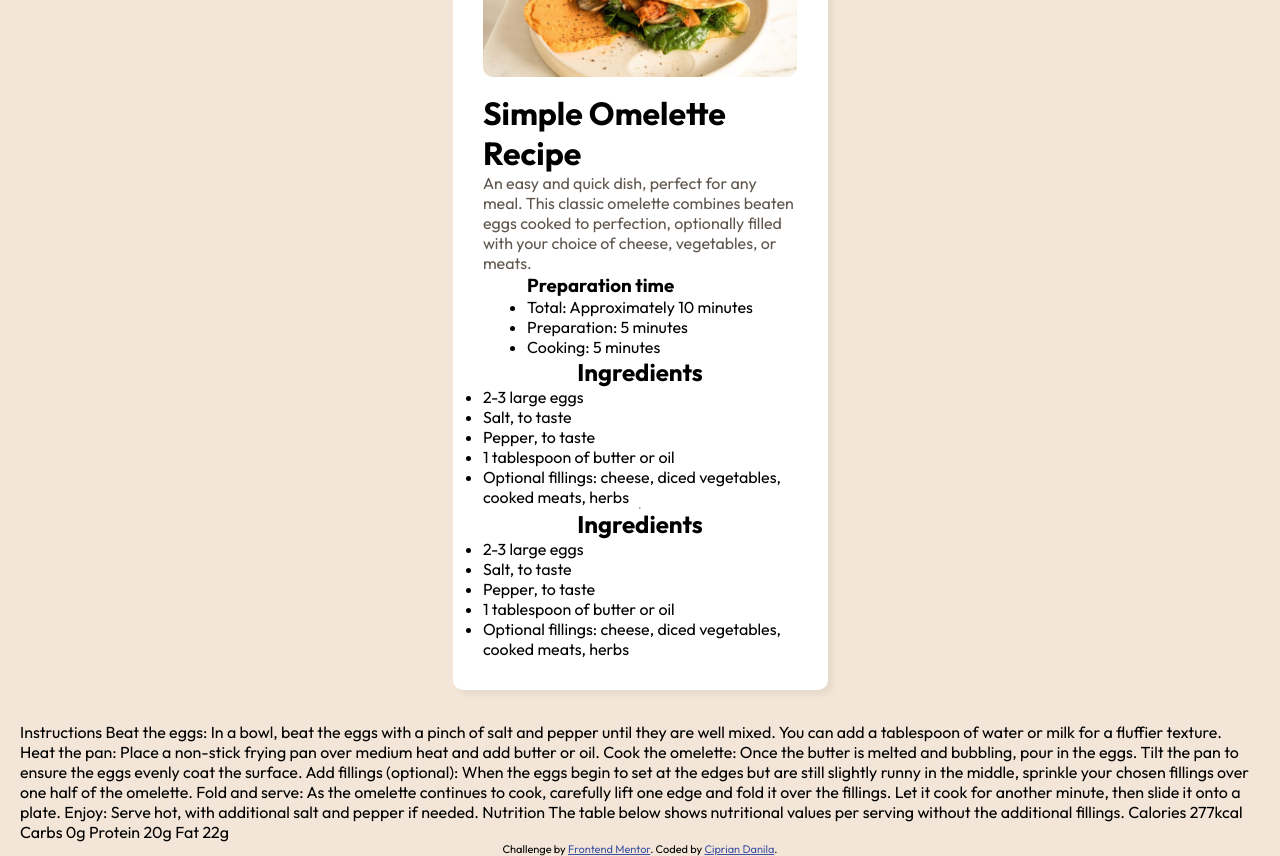
Repository: cipdanila/recipe-page
Page: index.html
An editor plug-in stored every save of this project. The page is shown before and after the next save, followed by the edit.
The browser window is 1280 px wide. The pictures show the whole page.

Above is the page before, as saved 2024-01-21 15:10:33.

After the next save:
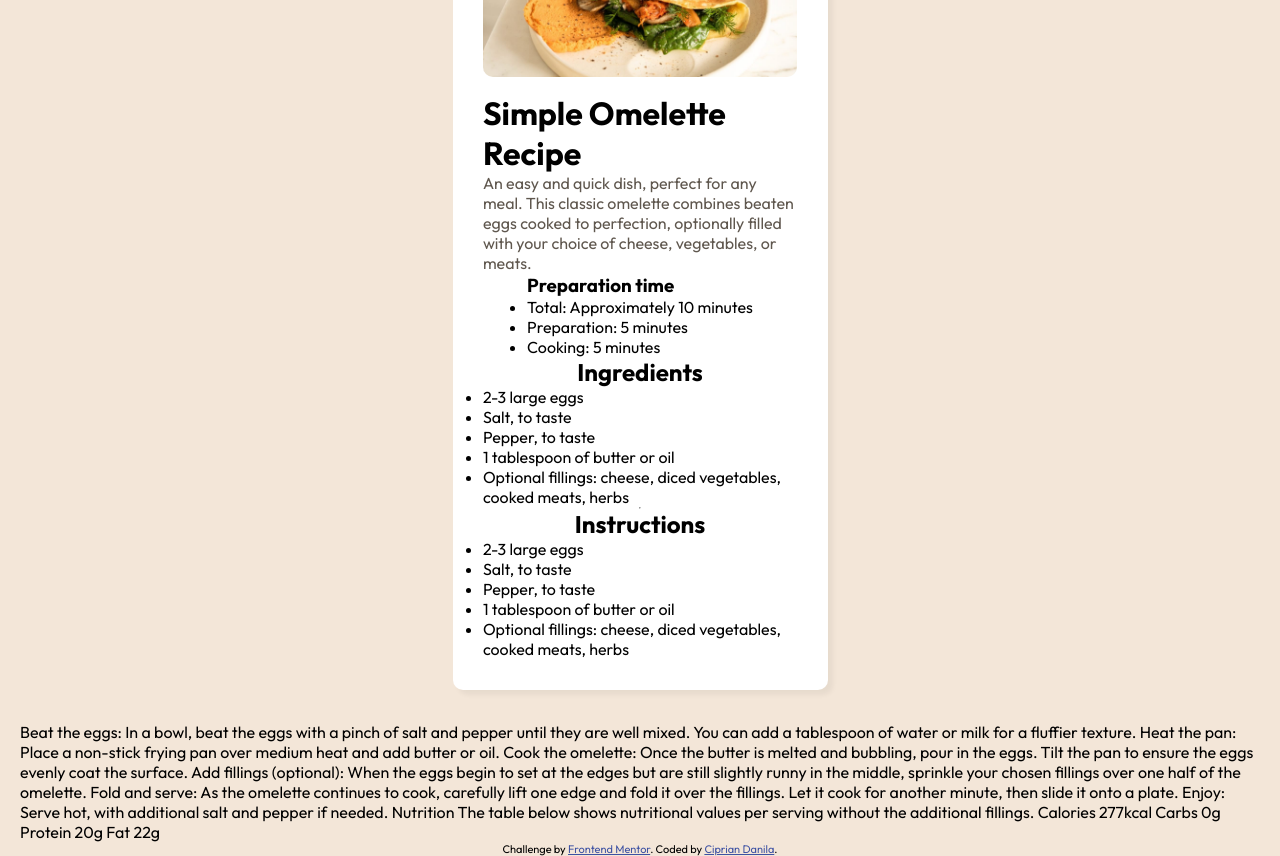
Saved 13 s later.
--- a/index.html
+++ b/index.html
@@ -36,7 +36,7 @@
         <li>Optional fillings: cheese, diced vegetables, cooked meats, herbs</li>
       </ul>
       <hr>
-      <h2>Ingredients</h2>
+      <h2>Instructions</h2>
       <ul>
         <li>2-3 large eggs</li>
         <li>Salt, to taste</li>
@@ -46,9 +46,6 @@
       </ul>
     </div>
   </main>
-
-
-  Instructions
 
   Beat the eggs: In a bowl, beat the eggs with a pinch of salt and pepper until they are well mixed.
   You can add a tablespoon of water or milk for a fluffier texture.
